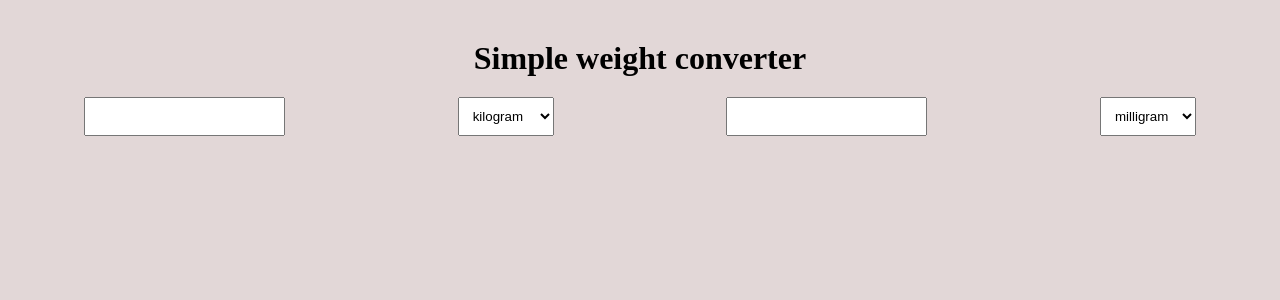
Repository: Eugene44-hub/weight-converter
Page: index.html
An editor plug-in stored every save of this project. The page is shown before and after a run of saves, followed by the edit.
The browser window is 1280 px wide. The pictures show the whole page.

Above is the page before, as saved 2021-09-20 05:04:19.

After the next 2 saves:
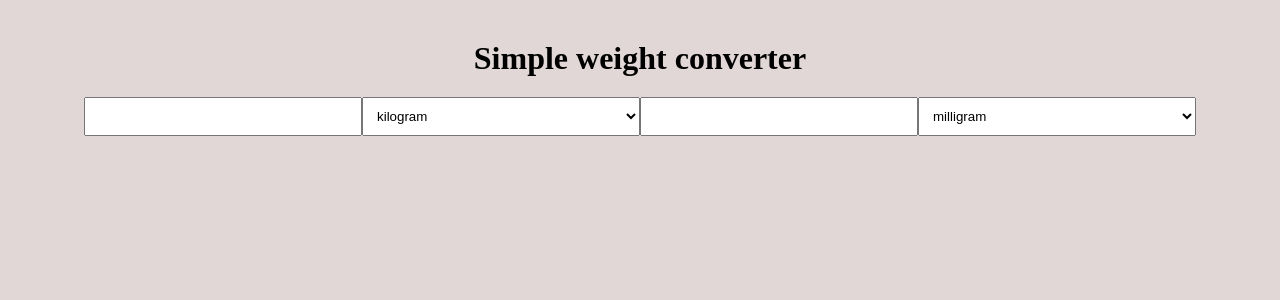
The 2 saves are shown as one change because they came seconds apart.
The last was saved 8 s later.
--- a/style.css
+++ b/style.css
@@ -32,4 +32,6 @@ select {
 }
 
 select,
-input {}
+input {
+    flex: 20%;
+}
